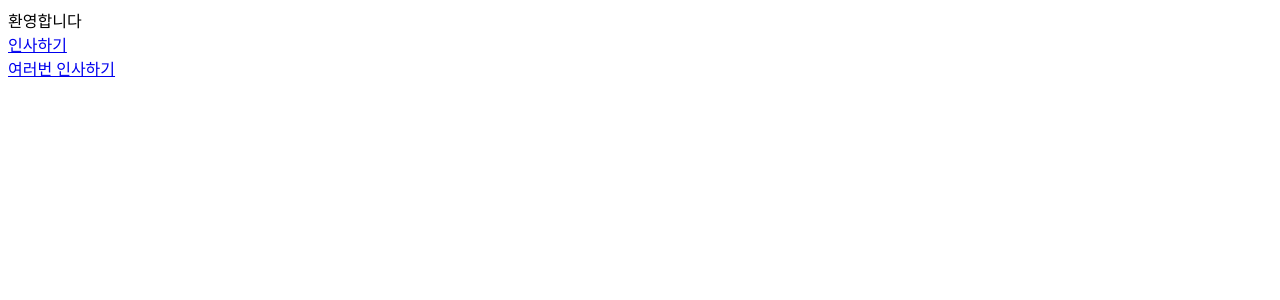
Repository: water-case/Servlet_JSP_JSPMVC
Page: workspace/JSPPrj/src/main/webapp/add.html
The author's editor kept a copy of each file at every save. The page is drawn from the files as they stood at one save, then again after the next save.
The browser window is 1280 px wide. The pictures show the whole page.

Above is the page before, as saved 2021-08-25 01:01:03.

### workspace/JSPPrj/src/main/webapp/add.html
<!DOCTYPE html>
<html>
<head>
<meta charset="UTF-8">
<title>Insert title here</title>
</head>
<body>
	환영합니다<br>
	<a href="hi">인사하기</a><br>
	<label></label>
	<a href="hi?cnt=3">여러번 인사하기</a><br>
</body>
</html>

After the next save:
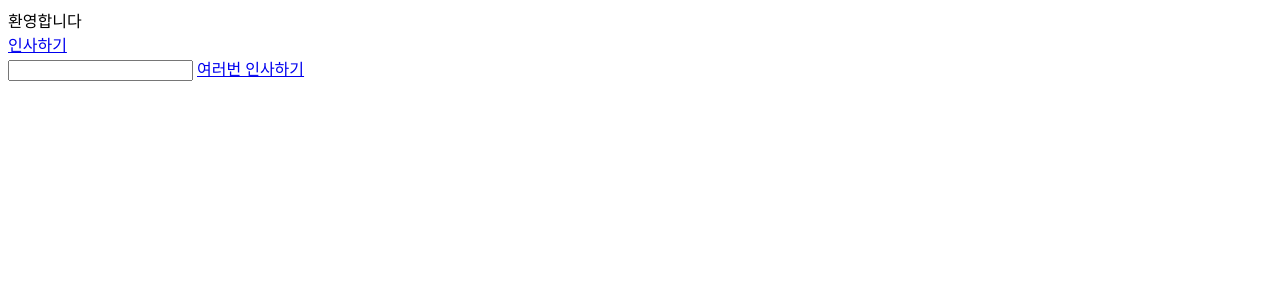
Saved 28 s later.
--- a/workspace/JSPPrj/src/main/webapp/add.html
+++ b/workspace/JSPPrj/src/main/webapp/add.html
@@ -7,7 +7,7 @@
 <body>
 	환영합니다<br>
 	<a href="hi">인사하기</a><br>
-	<label></label>
+	<input></input>
 	<a href="hi?cnt=3">여러번 인사하기</a><br>
 </body>
 </html>
